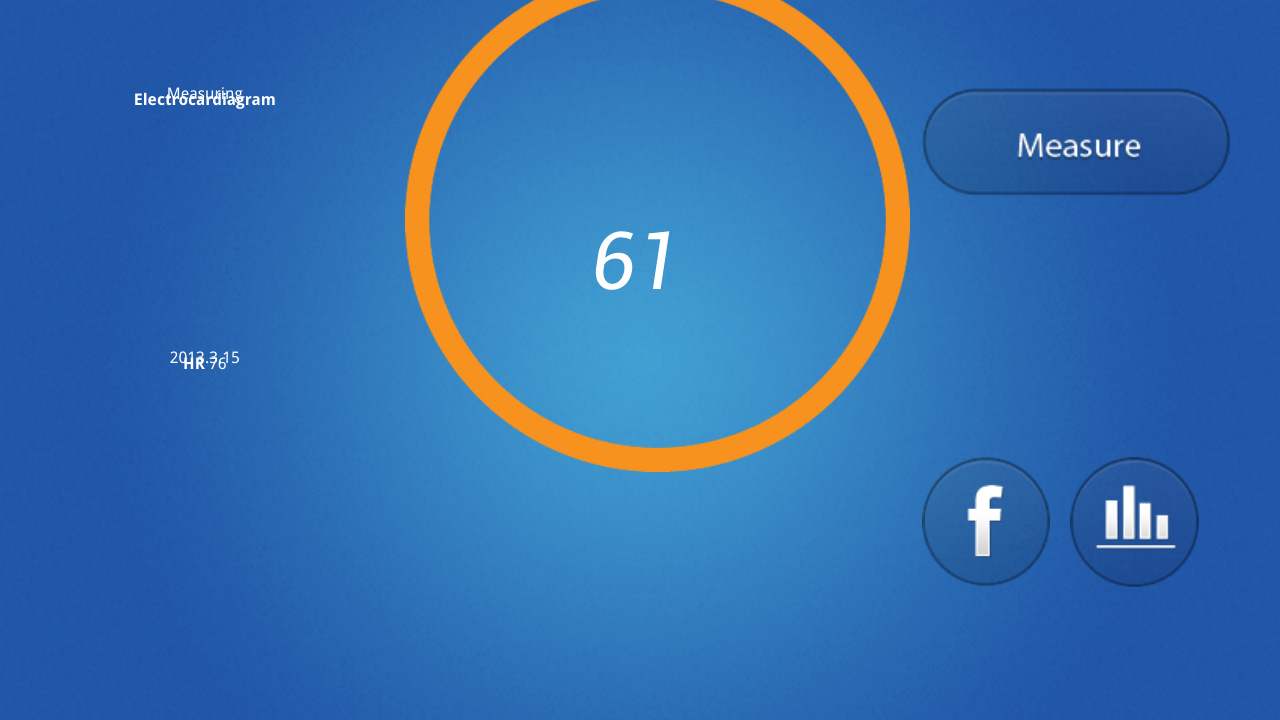
Repository: chouwill79131/IEcontest
Page: BluetoothChat/assets/complete.html
An editor plug-in stored every save of this project. The page is shown before and after the next save, followed by the edit.
The browser window is 1280 px wide. The pictures show the whole page.

Above is the page before, as saved 2013-03-08 18:38:16.
Console error: TypeError: Cannot set properties of null (setting 'innerHTML')

After the next save:
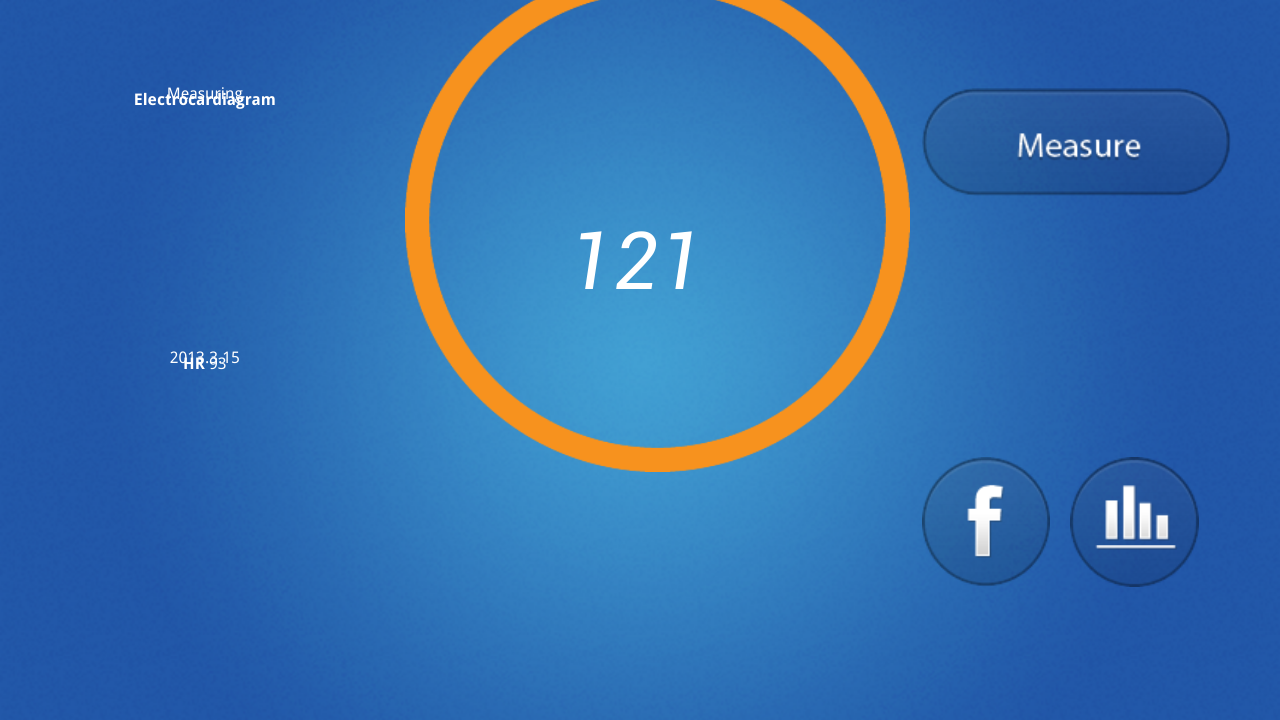
Saved 3 min 22 s later.
--- a/BluetoothChat/assets/complete.html
+++ b/BluetoothChat/assets/complete.html
@@ -14,14 +14,14 @@
 				<div class="word">Electrocardiagram</div><br />
 				<div class="subword">Measuring</div><br />
 
-				<div class="hr">HR <span id="hr">76</span></div><br />
+				<div class="hr">HR <span id="hr">93</span></div><br />
 				<div class="date">2013.3.15</div>
 			</div>
 
 		</div>
 
 		<div class="mid">
-			<div class="score">61</div>
+			<div class="score">121</div>
 			<img class="circle" src="button/circle.png" />
 		</div>
 
